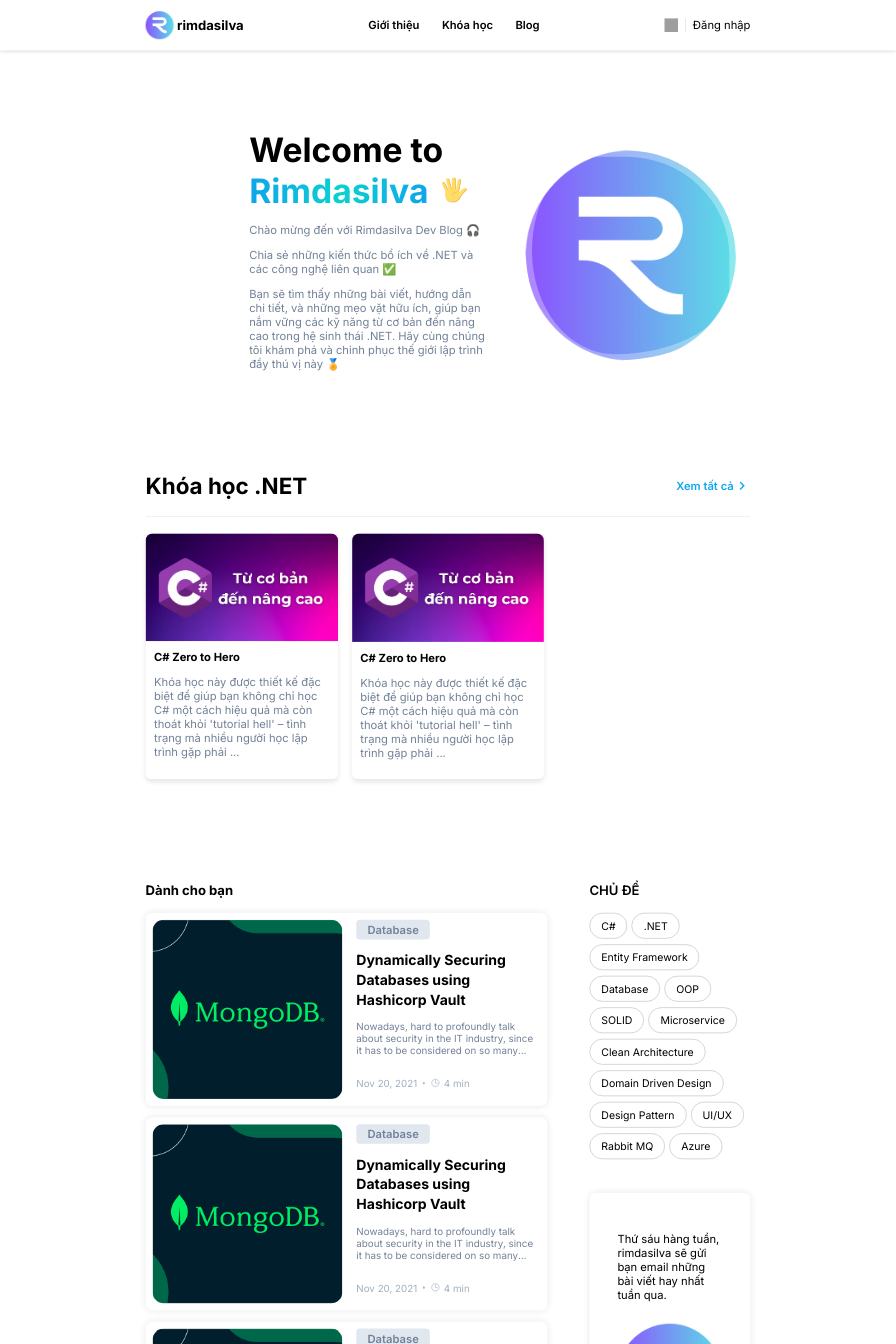
Repository: longblue2910/rimdasilva-blog-ui
Page: /
An editor plug-in stored every save of this project. The page is shown before and after a run of saves, followed by the edit.
The browser window is 1280 px wide. The pictures show the part of the page from y = 0 to 1920 px (the page is 3277 px tall), at 70% of full size.
Pictures or frames that could not be fetched are drawn as grey boxes. The page's requests for data from a server got no answer. The project was rebuilt for these pictures with package versions that can differ from the ones it lists, and the page was loaded fresh each time. The framework's server and built-in components were replaced by stand-ins that run in the browser. No one was signed in, and anything a server would have sent is missing. Also part of the build but not shown: next.config.js, src/components/notification/notification.module.css, src/components/notification/Notification.tsx.

Above is the page before, as saved 2024-08-05 23:17:17.

### src/app/layout.js
import Navbar from "@/components/navbar/Navbar";

import "./globals.css";
import Footer from "@/components/footer/Footer";
import { ThemeContextProvider } from "@/context/ThemeContext";
import ThemeProvider from "@/providers/ThemeProvider";
import { Inter, Noto_Sans } from "next/font/google";
import AuthProvider from "@/providers/AuthProvider";
import { ProgressProvider } from "@/context/ProgressContext";
import "@ionic/react/css/core.css"; // Import CSS chính của Ionic

import Head from "next/head";

const inter = Inter({
  subsets: ["vietnamese"],
  weight: ["300", "400", "500", "600", "700"], // Chỉ định các trọng lượng font mong muốn ở đây
});

export const metadata = {
  title: "Rimdasilva - EZ Coding",
  description: "Rimdasilva - EZ Coding",
  // icons: {
  //   icon: [
  //     {
  //       url: "/favicon.ico", // /public path
  //       href: "/favicon.ico", // /public path
  //     },
  //   ],
  // },
};

export default function RootLayout({ children }) {
  return (
    <html lang="en">
      <head>
        <link rel="icon" href="/favicon.ico" />
      </head>
      <body className={inter.className}>
        <AuthProvider>
          <ThemeContextProvider>
            <ThemeProvider>
              <ProgressProvider>
                <div className="container">
                  <div className="wrapper">
                    <Navbar />
                    {children}
                  </div>
                  <Footer />
                </div>
              </ProgressProvider>
            </ThemeProvider>
          </ThemeContextProvider>
        </AuthProvider>
      </body>
    </html>
  );
}

### src/app/page.jsx
import BlogCardList from "@/components/blogCardList/BlogCardList";
import styles from "./homepage.module.css";
import CardRectangleList from "@/components/cardRectangleList/CardRectangleList";
import Aside from "@/components/aside/Aside";
import Hero from "@/components/hero/Hero";

export default function Home({ searchParams }) {
  const page = parseInt(searchParams.page) || 1;

  return (
    <div className="section">
      <Hero />
      <CardRectangleList title={"Khóa học .NET "} size={2} />
      <div className={styles.blog}>
        <BlogCardList />
        <Aside />
      </div>
    </div>
  );
}

### src/context/ThemeContext.jsx
"use client";

import { createContext, useEffect, useState } from "react";
import { ThemeProvider, createTheme } from "@mui/material/styles";

export const ThemeContext = createContext();

const getFromLocalStorage = () => {
  if (typeof window !== "undefined") {
    const value = localStorage.getItem("theme");
    return value || "light";
  }
};

export const ThemeContextProvider = ({ children }) => {
  const [theme, setTheme] = useState(() => {
    return getFromLocalStorage();
  });

  const toggle = () => {
    setTheme((prevTheme) => (prevTheme === "light" ? "dark" : "light"));
  };

  useEffect(() => {
    localStorage.setItem("theme", theme);
  }, [theme]);

  const muiTheme = createTheme({
    palette: {
      mode: theme,
    },
  });

  return (
    <ThemeProvider theme={muiTheme}>
      <ThemeContext.Provider value={{ theme, toggle }}>
        {children}
      </ThemeContext.Provider>
    </ThemeProvider>
  );
};

### src/context/ProgressContext.tsx
"use client";

// ProgressContext.tsx
import React, { createContext, useState, useContext, ReactNode } from "react";

interface ProgressContextProps {
  isNavigating: boolean;
  startNavigation: () => void;
}

const ProgressContext = createContext<ProgressContextProps | undefined>(
  undefined
);

export const ProgressProvider: React.FC<{ children: ReactNode }> = ({
  children,
}) => {
  const [isNavigating, setIsNavigating] = useState(false);

  const startNavigation = () => {
    setIsNavigating(true);
    setTimeout(() => setIsNavigating(false), 500); // Giả sử thời gian điều hướng là 500ms
  };

  return (
    <ProgressContext.Provider value={{ isNavigating, startNavigation }}>
      {children}
    </ProgressContext.Provider>
  );
};

export const useProgress = (): ProgressContextProps => {
  const context = useContext(ProgressContext);
  if (context === undefined) {
    throw new Error("useProgress must be used within a ProgressProvider");
  }
  return context;
};

### src/components/blogCardList/BlogCardList.tsx
import styles from "./blogCardList.module.css";
import BlogCard from "../blogCard/BlogCard";

const BlogCardList = () => {
  const renderBlogCards = () => {
    const cardRectangles = [];
    for (let i = 0; i < 5; i++) {
      cardRectangles.push(<BlogCard />);
    }
    return cardRectangles;
  };

  return (
    <div className="section">
      <div className={styles.cardListHeader}>
        <h3 className={styles.title}>Dành cho bạn</h3>
        {/* <Link href="/" className={`${styles.getAll} hover1`}>
          Xem tất cả
          <KeyboardArrowRightIcon />
        </Link> */}
      </div>
      <div className={styles.cardList}>{renderBlogCards()}</div>
    </div>
  );
};

export default BlogCardList;

### src/app/homepage.module.css
.content {
  display: flex;
  gap: 50px;
}

.blog {
  display: grid;
  grid-template-columns: 5fr 2fr;
  gap: 60px;
}

### src/components/cardRectangleList/CardRectangleList.tsx
import styles from "./cardList.module.css";
import CardRectangle from "../cardRectangle/CardRectangle";
import Link from "next/link";
import KeyboardArrowRightIcon from "@mui/icons-material/KeyboardArrowRight";
import { Divider } from "@mui/material";

const CardRectangleList = ({ title, isPremium, size }) => {
  console.log(title);

  const renderCardRectangles = () => {
    const cardRectangles = [];
    for (let i = 0; i < size; i++) {
      cardRectangles.push(<CardRectangle isPremium={isPremium} />);
    }
    return cardRectangles;
  };

  return (
    <div className="section">
      <div className={styles.cardListHeader}>
        <h3 className="title">{title}</h3>
        <Link href="/" className={`${styles.getAll} hover1`}>
          Xem tất cả
          <KeyboardArrowRightIcon />
        </Link>
      </div>
      <Divider sx={{ margin: "1.5rem 0" }} />
      <div className={styles.cardList}>{renderCardRectangles()}</div>
    </div>
  );
};

export default CardRectangleList;

### src/components/aside/Aside.tsx
import Image from "next/image";
import Category from "../category/Category";
import styles from "./aside.module.css";

const Aside = () => {
  return (
    <div className="section">
      <div className={styles.topic}>
        <h3 className={styles.topicTitle}>Chủ đề</h3>
        <div className={styles.topicList}>
          <Category categoryName={"C#"} />
          <Category categoryName={".NET"} />
          <Category categoryName={"Entity Framework"} />
          <Category categoryName={"Database"} />
          <Category categoryName={"OOP"} />
          <Category categoryName={"SOLID"} />
          <Category categoryName={"Microservice"} />
          <Category categoryName={"Clean Architecture"} />
          <Category categoryName={"Domain Driven Design"} />
          <Category categoryName={"Design Pattern"} />
          <Category categoryName={"UI/UX"} />
          <Category categoryName={"Rabbit MQ"} />
          <Category categoryName={"Azure"} />
        </div>
      </div>
      <div className={styles.sidebar}>
        <p>
          Thứ sáu hàng tuần, rimdasilva sẽ gửi bạn email những bài viết hay nhất
          tuần qua.
        </p>
        <Image
          src="/logo.png"
          width={150}
          height={150}
          alt="Logo"
          objectFit="cover"
          loading="lazy"
        />
        <p>Nếu không muốn bỏ lỡ, bạn có thể đăng ký tại đây</p>
      </div>
    </div>
  );
};

export default Aside;

### src/components/themeToggle/ThemeToggle.jsx
"use client";

import React, { useContext } from "react";
import styles from "./themeToggle.module.css";
import Image from "next/image";
import { ThemeContext } from "@/context/ThemeContext";

const ThemeToggle = () => {
  const { toggle, theme } = useContext(ThemeContext);

  return (
    <div className={styles.container} onClick={toggle}>
      {theme === "dark" ? (
        <Image
          src="/sun.png"
          alt="moon"
          width={20}
          height={20}
          className="hover1"
        />
      ) : (
        <Image
          src="/sleep-mode_4906399.png"
          alt="moon"
          width={20}
          height={20}
          className="hover1"
        />
      )}
      <span className={styles.themeFill}></span>
    </div>
  );
};

export default ThemeToggle;

### src/components/progressBar/ProgressBar.tsx
// ProgressBar.tsx
import React from "react";
import styles from "./progressBar.module.css";

interface ProgressBarProps {
  isVisible: boolean;
}

const ProgressBar: React.FC<ProgressBarProps> = ({ isVisible }) => {
  return (
    <div
      className={`${styles.progressBar} ${isVisible ? styles.visible : ""}`}
    ></div>
  );
};

export default ProgressBar;

### src/components/footer/footer.module.css
.footer {
  padding-inline: 20px;
  /* border-radius: var(--radius-48); */
  color: var(--text-wild-blue-yonder);
  width: 100%;
  box-shadow: 0 -4px 6px rgba(0, 0, 0, 0.1);
  margin-top: 100px;
  background-color: var(--bg-oxford-blue-2);
  bottom: 0;
}

.footer h3 {
  color: var(--text-wild-blue-yonder);
}

.footerTop {
  display: grid;
  grid-template-columns: repeat(4, 1fr);
  grid-gap: 40px;
  padding-inline: 120px;
  padding-block: 40px;
}

.footerText {
  color: var(--footerText);
  line-height: var(--lineHeight-1);
  margin-block: 8px;
  font-size: 14px;
}

.logo {
  display: flex;
  align-items: center;
}

.logoText {
  color: #38b6ff;
}

.logoImg {
  background-color: var(--bg); /* Đảm bảo không có nền */
}

.footerBrand .footerListTitle {
  margin-block-end: 2px;
}

.footerListTitle {
  color: var(--textColor);
  font-size: var(--fontSize-7);
  margin-block-end: 30px;
}

.footerLink {
  padding-bottom: 12px;
}

.footer ion-icon {
  position: absolute;
  top: 50%;
  left: 0;
  transform: translateY(-50%);
  --ionicon-stroke-width: 40px;
}

.footerBottom {
  border-block-start: 1px solid var(--border-prussian-blue);
  padding-block: 20px;
  padding-inline: 120px;
}

.footerBottomContainer {
  display: flex;
  align-items: center;
  justify-content: space-between;
}

.copyright {
  margin-block-end: 10px;
}

.social {
  display: flex;
  gap: 7px;
  align-items: center;
}

@media screen and (max-width: 1280px) {
  .footerTop {
    padding-inline: 60px;
  }
}

@media screen and (max-width: 1024px) {
  .footer {
    margin-top: 20px;
  }

  .footerTop {
    padding-inline: 15px;
  }
}

@media screen and (max-width: 768px) {
  .footerTop {
    grid-template-columns: repeat(1, 1fr);
    gap: 20px;
  }
}

### src/components/blogCardList/blogCardList.module.css
.cardList {
  margin-top: 20px;
}

### src/components/blogCard/BlogCard.tsx
"use client";

import Image from "next/image";
import styles from "./blogCard.module.css";
import Link from "next/link";
import { IonIcon } from "@ionic/react";
import { timeOutline } from "ionicons/icons";

const BlogCard = () => {
  return (
    <div className={`${styles.blogCard} hover3`}>
      <div className={styles.cardBanner}>
        <Image
          src="/blog1.png"
          layout="fill"
          objectFit="cover"
          loading="lazy"
          alt="Blog Image"
        />
      </div>
      <div className={styles.cardContent}>
        <button className={styles.blogTopic}>Database</button>
        <h3 className={`${styles.title} hover4`}>
          <Link href="/">
            Dynamically Securing Databases using Hashicorp Vault
          </Link>
        </h3>
        <p className={styles.blogText}>
          Nowadays, hard to profoundly talk about security in the IT industry,
          since it has to be considered on so many different levels: from
          securing code chunks, securing containers, up to securing complex
          infrastructures and defining strong authorization and authentication
          policies across the enterprise. Nowadays, hard to profoundly talk
          about security in the IT industry, since it has to be considered on so
          many different levels: from securing code chunks, securing containers,
          up to securing complex infrastructures and defining strong
          authorization and authentication policies across the enterprise.
        </p>

        <div className={styles.wrapperFlex}>
          {/* <div className={styles.profileWrapper}>
            <Image
              src="/logo.png"
              alt="Author"
              className={styles.imgAuth}
              loading="lazy"
              width={50}
              height={50}
              layout="responsive"
            />
          </div> */}

          <div className={`${styles.wrapper}`}>
            {/* <h4 className="hover4">
              <Link href="#">rimdasilva</Link>
            </h4> */}

            <p className={styles.textSm}>
              <time>Nov 20, 2021</time>
              <span className={styles.separator}></span>
              <IonIcon icon={timeOutline} />
              <time>4 min</time>
            </p>
          </div>
        </div>
      </div>
    </div>
  );
};

export default BlogCard;

### src/components/cardRectangleList/cardList.module.css
.cardList {
  display: grid;
  grid-template-columns: repeat(3, 1fr);
  gap: 20px;
  margin-top: 20px;
}

.cardListHeader {
  display: flex;
  align-items: center;
  justify-content: space-between;
}

.getAll {
  color: var(--bg-carolina-blue);
  font-weight: 600;
  display: flex;
  align-items: center;
}

/* Responsive styles */
@media (max-width: 1280px) {
  .cardList {
    grid-template-columns: repeat(3, 1fr);
  }
}

/* @media (max-width: 1024px) {
    .cardList {
      grid-template-columns: repeat(3, 1fr);
    }
  } */

@media (max-width: 768px) {
  .cardList {
    grid-template-columns: repeat(2, 1fr);
  }
}

@media (max-width: 576px) {
  .cardList {
    grid-template-columns: 1fr;
  }
}

### src/components/cardRectangle/CardRectangle.tsx
"use client";

import Image from "next/image";
import styles from "./cardRectangle.module.css";
import Link from "next/link";
import Groups3OutlinedIcon from "@mui/icons-material/Groups3Outlined";
import { Divider } from "@mui/material";
import "@ionic/react/css/core.css"; // Import CSS chính của Ionic
import { IonIcon } from "@ionic/react";
import { people } from "ionicons/icons"; // Import icon bạn muốn sử dụng
const CardRectangle = ({ isPremium }) => {
  return (
    <div className={`${styles.card}`}>
      <Link href="/" className={styles.imgContainer}>
        <Image
          src="/csharp-post.jpeg"
          width={300}
          height={180}
          objectFit="cover"
          alt="C# Post"
          className={styles.cardImg}
        />
      </Link>

      <div className={styles.cardContent}>
        <h3 className={`${styles.title} hover1`}>
          <Link href="/">C# Zero to Hero</Link>
        </h3>
        <p className={styles.description}>
          Khóa học này được thiết kế đặc biệt để giúp bạn không chỉ học C# một
          cách hiệu quả mà còn thoát khỏi {"'tutorial hell'"} – tình trạng mà
          nhiều người học lập trình gặp phải ...
        </p>
        {/* <div className={styles.cardTag}>
          <span className={styles.price}>
            1.000.000<sup>₫</sup>
          </span>
        </div>
        <div className={styles.infoPrice}>
          <div className={styles.discount}>-33%</div>
          <div className={styles.priceDiscount}>
            <s>
              1.500.000<sup>₫</sup>
            </s>
          </div>
        </div>
        <Divider />
        <div className={styles.cardBottom}>
          <div className={styles.infoAuthor}>
            <Image
              src="/logo.png"
              width={18}
              height={18}
              alt="author"
              objectFit="cover"
            />
            <h4 className={styles.authorText}>rimdasilva</h4>
          </div>
          <div className={styles.infoCourse}>
            <span style={{ fontSize: "14px", fontWeight: 600 }}>103</span>
            <IonIcon icon={people} />
          </div>
        </div> */}
        {isPremium && (
          <div className={styles.proCourse}>
            <span>PRO</span>
          </div>
        )}
      </div>
    </div>
  );
};

export default CardRectangle;

### src/components/category/Category.tsx
"use client";

import styles from "./category.module.css";
import { IonIcon } from "@ionic/react";
import { serverOutline } from "ionicons/icons"; // Import icon bạn muốn sử dụng
import Link from "next/link";

const Category = ({ categoryName }) => {
  return (
    <div className={styles.categoryBtn}>
      <Link href="/">{categoryName}</Link>
    </div>
  );
};

export default Category;

### src/components/aside/aside.module.css
.topicList {
  display: flex;
  flex-wrap: wrap;
  margin-top: 20px;
}

.topicTitle {
  font-weight: 600;
  text-transform: uppercase;
}

.sidebar {
  margin-top: 40px;
  display: flex;
  flex-direction: column;
  align-items: center;
  gap: 15px;
  background: var(--background-primary);
  border-radius: 10px;
  padding: 40px;
  box-shadow: 0 0 10px rgba(0, 0, 0, 0.1);
}

### src/components/hero/hero.module.css
.heroGrid {
  display: grid;
  gap: 1.5rem;
  grid-template-columns: 116px repeat(2, 1fr);
  padding-top: 5.5rem;
  column-gap: 2rem;
  align-items: center;
}

.welcome {
  font-weight: 800;
  font-size: 3rem;
}

.rimdsv {
  background-image: var(--gradient-2);
  display: inline-block;
  -webkit-text-fill-color: transparent;
  -webkit-background-clip: text;
}
.homeHand {
  width: 38px;
  height: 38px;
  margin-left: 0.4rem;
}

.homeSocialIcon {
  font-size: 1.25rem;
}

.social {
  display: flex;
  align-items: center;
  flex-direction: column;
  gap: 20px;
}

.homeImg {
  background: url(../../../public/logo.png);
  background-repeat: no-repeat;
  background-position: center;
  background-size: cover;
  box-shadow: inset 0 0 0 9px rgb(255 255 255 / 30%);
  order: 1;
  justify-self: center;
  width: 300px;
  height: 300px;
  animation: profile__animate 8s ease-in-out infinite 1s;
}

@keyframes profile__animate {
  0% {
    border-radius: 60% 40% 30% 70%/60% 30% 70% 40%;
  }
  50% {
    border-radius: 30% 60% 70% 40%/50% 60% 30% 60%;
  }
  100% {
    border-radius: 60% 40% 30% 70%/60% 30% 70% 40%;
  }
}

.homeDescription {
  color: var(--foreground-secondary);
}

### src/components/themeToggle/themeToggle.module.css
.container {
  display: flex;
  cursor: pointer;
  align-items: center;
}

/* 31:06 */

### src/components/authLinks/authLinks.module.css
.links {
  cursor: pointer;
}

.burger {
  width: 18px;
  height: 12px;
  flex-direction: column;
  justify-content: space-between;
  cursor: pointer;
  display: none;
}

.line {
  width: 100%;
  height: 2px;
  background-color: var(--textColor);
}

.reponsiveMenu {
  position: absolute;
  top: 50px;
  left: 0;
  background-color: var(--bg);
  height: calc(110vh - 100px);
  width: 100%;
  display: flex;
  flex-direction: column;
  align-items: center;
  justify-content: center;
  gap: 50px;
  font-size: 36px;
  z-index: 1;
}

@media screen and (max-width: 640px) {
  /* .burger {
    display: flex;
  } */

  .link {
    display: none;
  }
}

@media screen and (max-width: 390px) {
  .loginLink {
    font-size: 14px;
  }
}

### src/components/progressBar/progressBar.module.css
/* progressBar.module.css */

.progressBar {
  position: fixed;
  top: 0;
  left: 0;
  height: 4px;
  width: 100%;
  background-color: transparent;
  transform: translateX(-100%);
  transition: transform 0.4s ease-out;
}

.progressBar.visible {
  transform: translateX(0);
  background-color: var(
    --bg-carolina-blue
  ); /* Màu của thanh chạy, có thể thay đổi theo biến của bạn */
}

### src/components/blogCard/blogCard.module.css
.blogCard {
  background: var(--background-primary);
  padding: 10px;
  margin-bottom: 1rem;
  border-radius: 10px;
  box-shadow: 0 0 10px rgba(0, 0, 0, 0.1);
  transition: 0.25s ease;

  display: grid;
  grid-template-columns: 3fr 4fr;
  gap: 20px;
  cursor: pointer;
}
.h4 {
  color: var(--foreground-secondary);
}

.cardBanner {
  display: flex;
  border-radius: var(--radius-16);
  transition: var(--transition-1);
  position: relative;
  height: auto;
  min-width: 271px;
  overflow: hidden;
}

.blogTopic {
  background: var(--action-primary);
  color: var(--foreground-secondary);
  font-weight: 600;
  padding: 0.25rem 1rem;
  border-radius: 5px;
  margin-bottom: 1rem;
}

.blogTopic:hover {
  background: var(--foreground-secondary);
  color: var(--action-secondary);
}

.title {
  line-height: 1.4;
  margin-bottom: 1rem;
  font-size: var(--fs-3);
  font-weight: 700;
}

.blogText {
  color: var(--foreground-secondary);
  font-size: var(--fs-4);
  display: -webkit-box;
  line-clamp: 3;
  -webkit-line-clamp: 3;
  -webkit-box-orient: vertical;
  overflow: hidden;
  margin-bottom: 1rem;
}

.wrapperFlex {
  display: flex;
  justify-content: start;
  align-items: center;
  gap: 10px;
}

.profileWrapper {
  width: 56px;
  height: 56px;
  background: var(--action-primary);
  padding: 3px;
  border-radius: 50%;
}

.textSm {
  display: flex;
  align-items: center;
  gap: 5px;
  color: var(--foreground-tertiary);
  font-size: var(--fs-4);
}

.separator {
  background: var(--foreground-tertiary);
  margin-inline: 3px;
  margin: 0 3px;
  width: 3px;
  height: 3px;
  border-radius: 3px;
}

### src/components/category/category.module.css
.categoryBtn {
  border: 1px solid #c4c4c4;
  border-radius: 47px;
  padding: 0.5rem 1rem;
  margin-bottom: 8px;
  font-size: 15px;
  margin-right: 6px;
  background: var(--background-primary);
}

.categoryBtn:hover {
  background: var(--background-secondary);
}

Loaded but not shown: src/providers/ThemeProvider.jsx (common file); src/providers/AuthProvider.jsx (common file); src/app/globals.css (409 lines, source omitted); src/components/hero/Hero.tsx (106 lines, source omitted); src/components/authLinks/AuthLink.tsx (154 lines, source omitted); src/components/navbar/Navbar.jsx (131 lines, source omitted); src/components/navbar/navbar.module.css (197 lines, source omitted); src/components/footer/Footer.jsx (95 lines, source omitted); src/components/cardRectangle/cardRectangle.module.css (198 lines, source omitted)

After the next 2 saves:
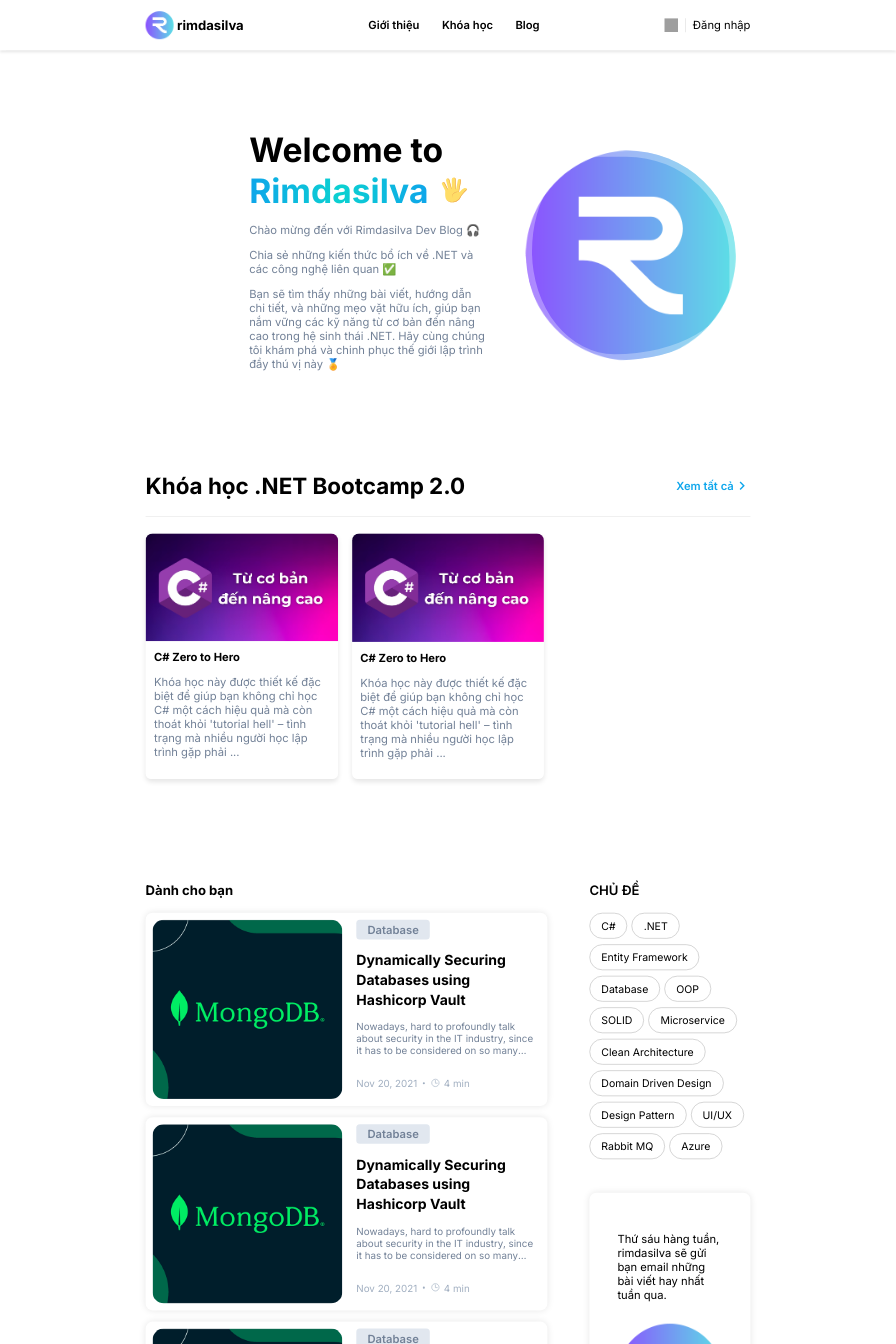
The 2 saves are shown as one change because they came seconds apart.
The last was saved 9 s later.
--- a/src/app/page.jsx
+++ b/src/app/page.jsx
@@ -10,7 +10,7 @@
   return (
     <div className="section">
       <Hero />
-      <CardRectangleList title={"Khóa học .NET "} size={2} />
+      <CardRectangleList title={"Khóa học .NET Bootcamp 2.0"} size={2} />
       <div className={styles.blog}>
         <BlogCardList />
         <Aside />
